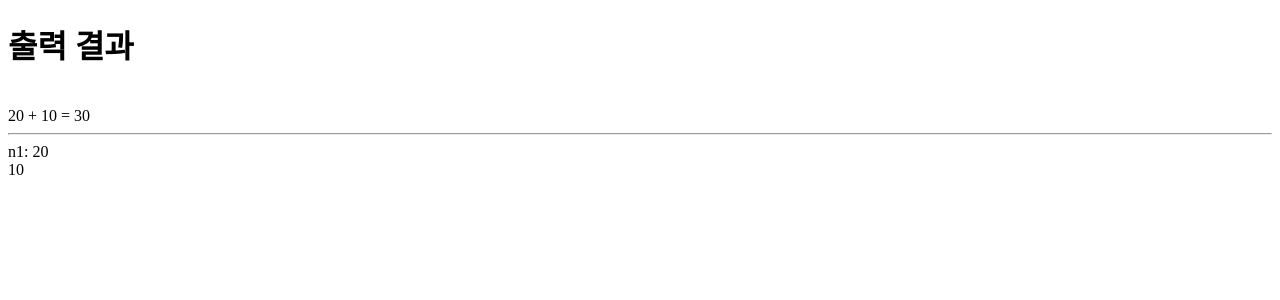
Repository: YoungQWER/js_2024.02.27
Page: http://localhost/web-study-01/AddionServlet03
These files come from the project's save history. The page is drawn as it stood at one moment and after the next save; the edit follows.
The browser window is 1280 px wide. The pictures show the whole page.
The page is served by Tomcat 9.

Above is the page before, as saved 2024-02-28 02:09:48.

After the next save:
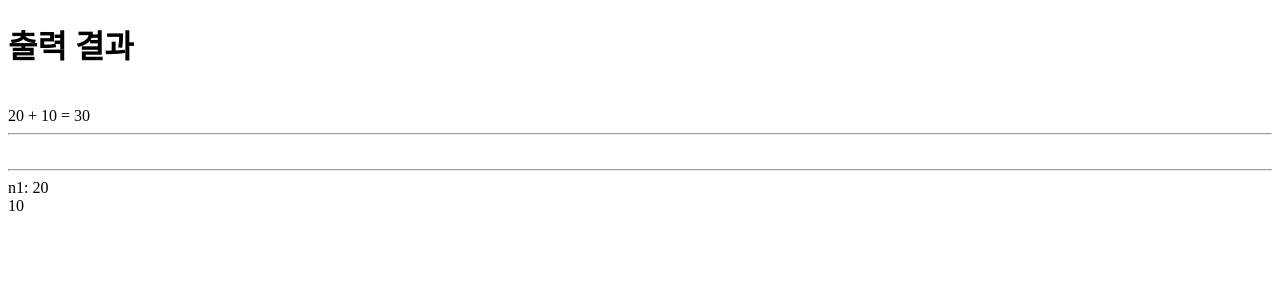
Saved 60 s later.
--- a/web-study-01/src/main/webapp/addition03.jsp
+++ b/web-study-01/src/main/webapp/addition03.jsp
@@ -9,6 +9,8 @@
 <body>
 <h1>출력 결과</h1><br>
  ${num1} + ${num2} = ${add}
+
+ <hr>
  <%
  	int n1 = (int)request.getAttribute("num1");
  	int n2 = (int)request.getAttribute("num2");
